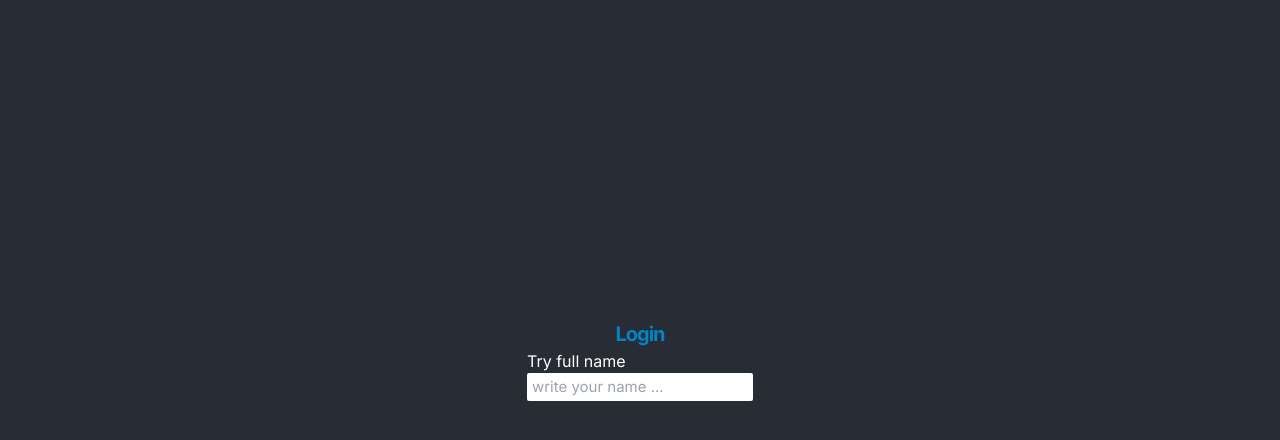
Repository: devsecops-node/simple-play
Page: /
An editor plug-in stored every save of this project. The page is shown before and after the next save, followed by the edit.
The browser window is 1280 px wide. The pictures show the whole page.
The project was rebuilt for these pictures with package versions that can differ from the ones it lists, and the page was loaded fresh each time. The framework's server and built-in components were replaced by stand-ins that run in the browser. Also part of the build but not shown: next.config.mjs, src/app/_components/RecomendationsSearch.tsx.

Above is the page before, as saved 2024-06-21 16:39:39.

After the next save:
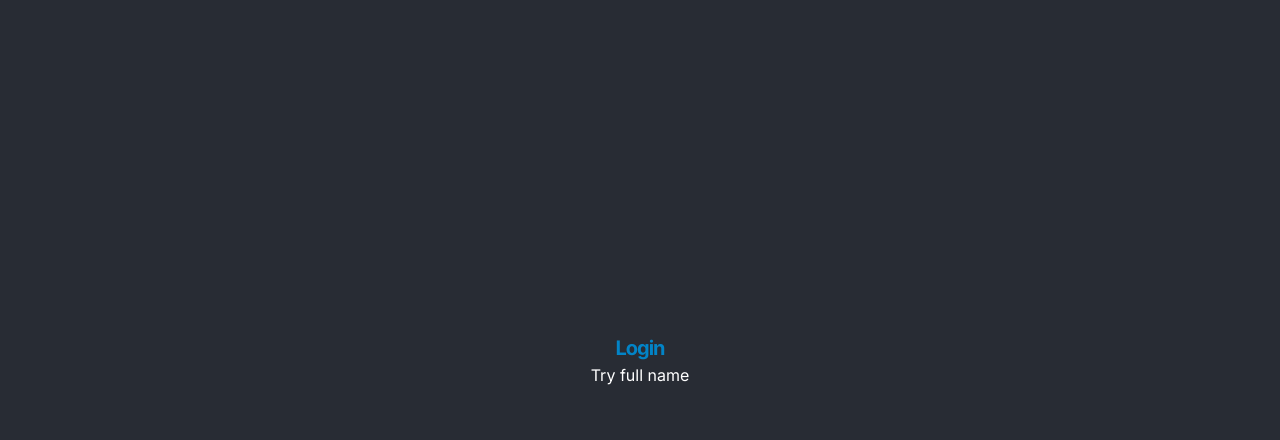
Saved 4 s later.
--- a/src/app/_components/FormsName.tsx
+++ b/src/app/_components/FormsName.tsx
@@ -17,7 +17,7 @@
         <label htmlFor="name" >Try full name</label>
         <input
           type="text"
-          hidden={statusSearch}
+          hidden={!statusSearch}
           onKeyUp={() => setStatusSearch(true)}
           value={name} onChange={(e) => setName(e.target.value)}
           placeholder="write your name ..." id="name" />

After the save that followed:
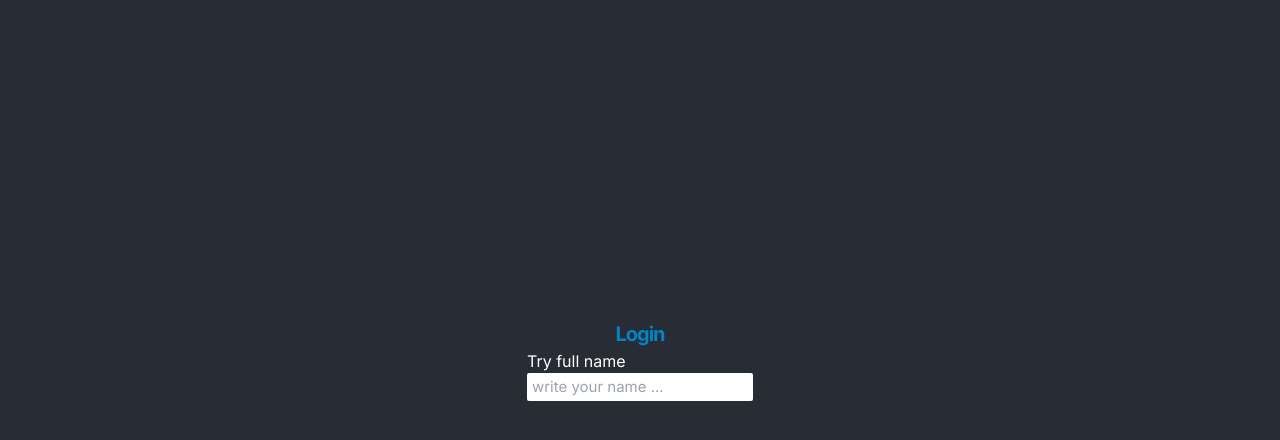
Saved 4 s later.
--- a/src/app/_components/FormsName.tsx
+++ b/src/app/_components/FormsName.tsx
@@ -17,7 +17,7 @@
         <label htmlFor="name" >Try full name</label>
         <input
           type="text"
-          hidden={!statusSearch}
+          hidden={statusSearch}
           onKeyUp={() => setStatusSearch(true)}
           value={name} onChange={(e) => setName(e.target.value)}
           placeholder="write your name ..." id="name" />
